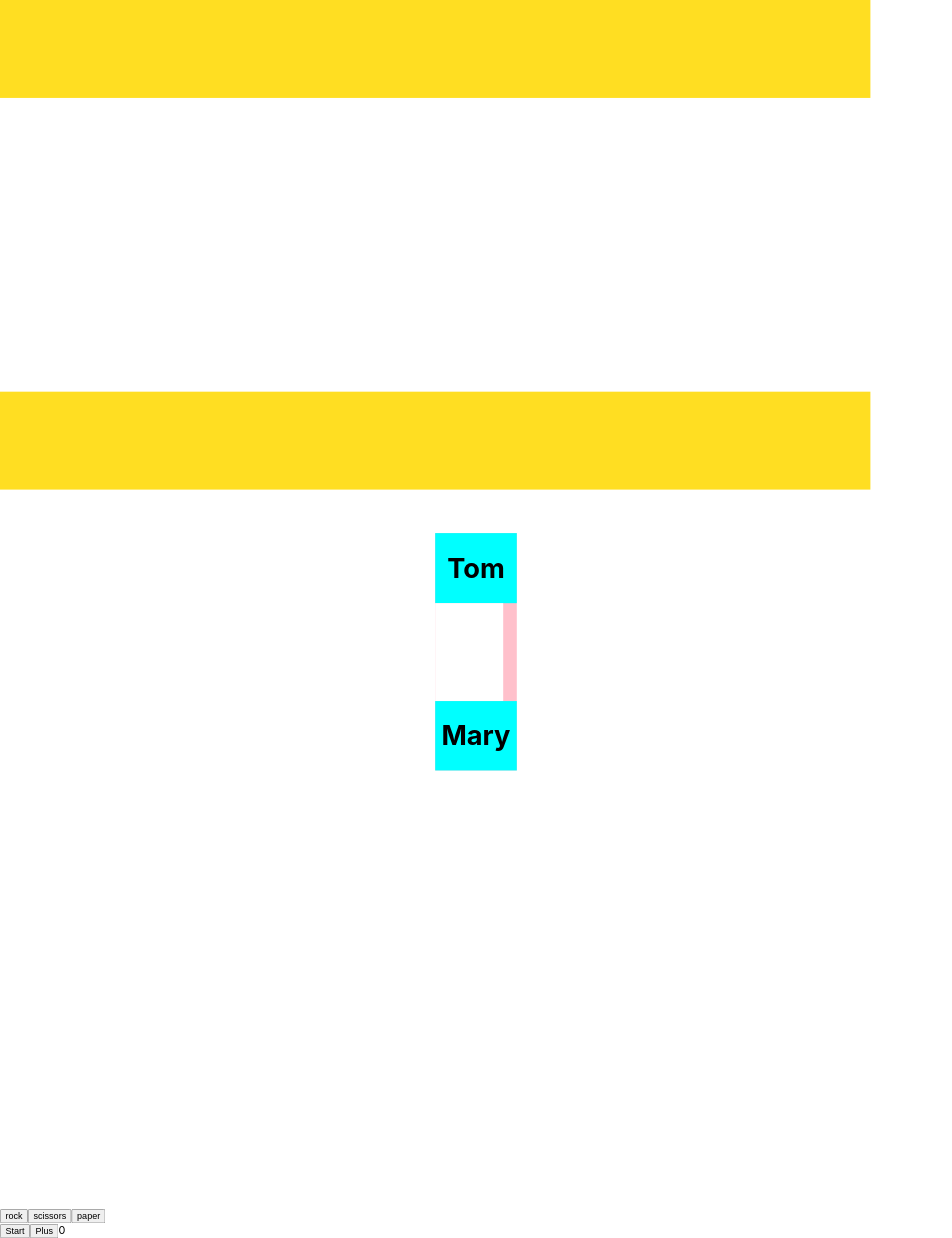
Repository: K009/Rock-Paper-Scissors
Page: /
The author's editor kept a copy of each file at every save. The page is drawn from the files as they stood at one save, then again after the next save.
The browser window is 1280 px wide. The page is 1400 px wide, then 1280 px, so the pictures cover 1400 px, including what lies to the right of the window. The pictures show the whole page, at 68% of full size.
The project was rebuilt for these pictures with package versions that can differ from the ones it lists, and the page was loaded fresh each time.

Above is the page before, as saved 2020-05-13 09:05:29.

After the next save:
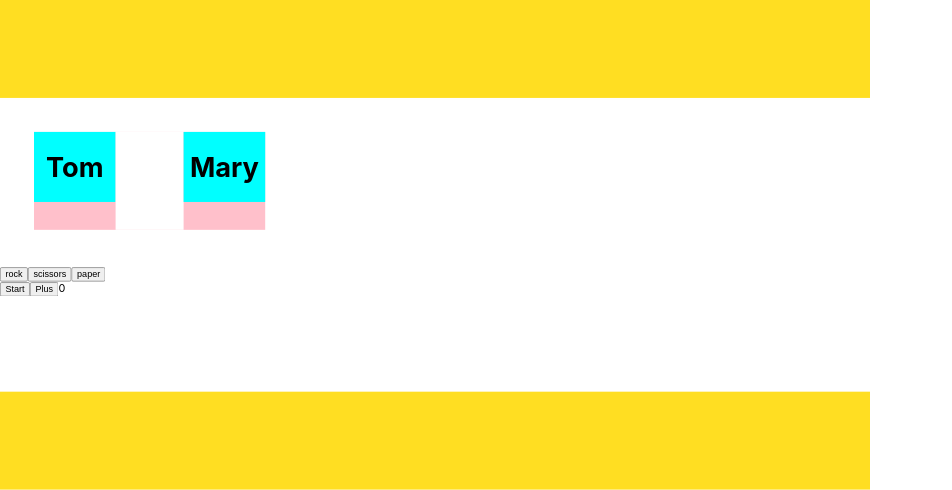
Saved 7 s later.
--- a/src/App.css
+++ b/src/App.css
@@ -16,7 +16,7 @@
   background-color: pink;
   text-align: center;
   display: inline-block;
-  margin: 50%;
+  margin: 50px;
 }
 
 .break {
